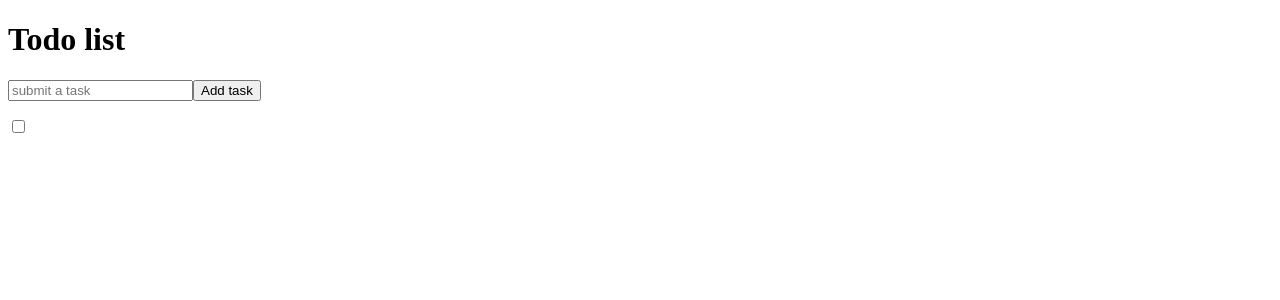
Repository: Ylan-sayada/todo-list
Page: /, after clicking the first element matching `button`
An editor plug-in stored every save of this project. The page is shown before and after a run of saves, followed by the edit.
The browser window is 1280 px wide. The pictures show the whole page.
The project was rebuilt for these pictures with package versions that can differ from the ones it lists, and the page was loaded fresh each time.

Above is the page before, as saved 2021-05-28 15:12:01.

After the next 2 saves:
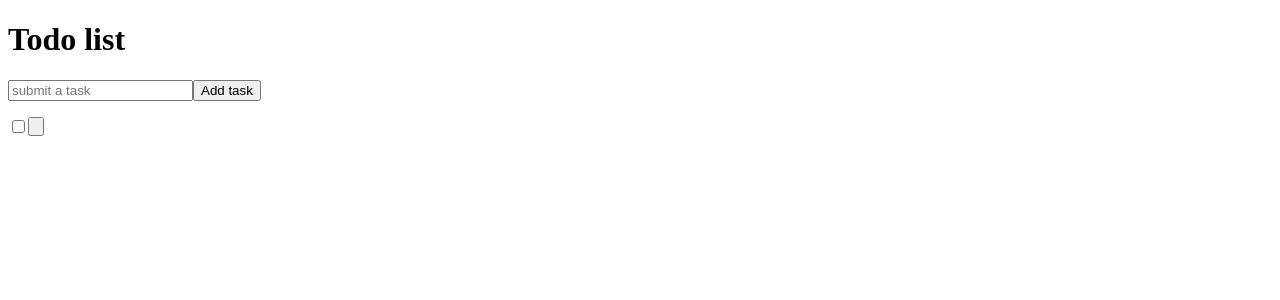
The 2 saves are shown as one change because 1 did not build or start.
The last was saved 2 min 23 s later.
--- a/src/components/TodoContent.jsx
+++ b/src/components/TodoContent.jsx
@@ -1,10 +1,13 @@
 import React from 'react'
 
 export default function TodoContent(props) {
+    let deleteItem = (id) =>{
+        console.log(id);
+    }
     let taskList = props.taskList.map((task,id)=>{
         return (
         <div key={id} style={{display:"flex",justifyContent:"space-between"}}>
-            <p style={{display:"flex",justifyContent:"space-between"}}>{task.taskName}<input type="checkbox"/></p>
+            <p style={{display:"flex",justifyContent:"space-between"}}>{task.taskName}<input type="checkbox"/><button onClick={()=>deleteItem(task.id)}></button></p>
         </div>
         )
     })
